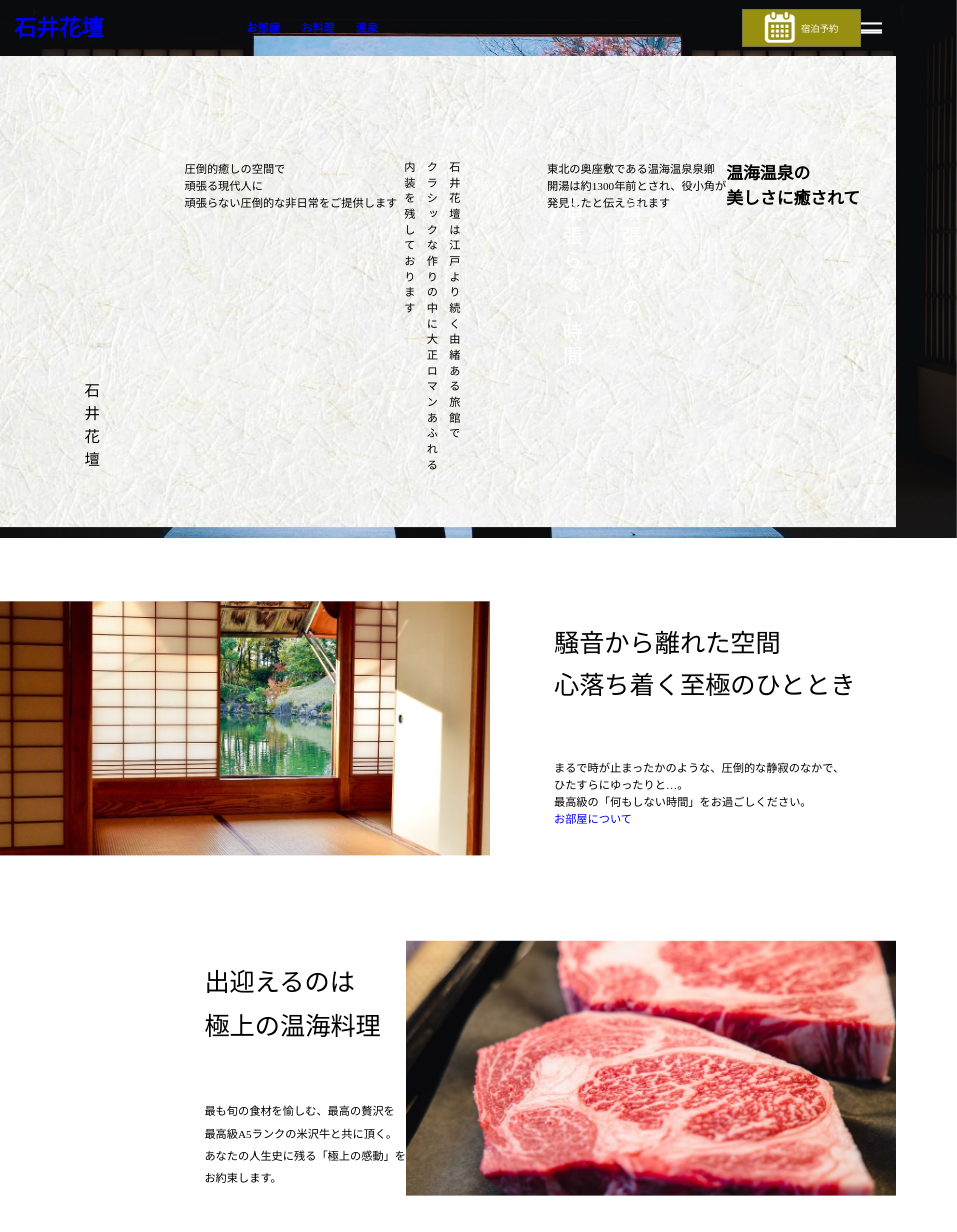
Repository: yuukiyokoyama/compex1
Page: index.html
These files come from the project's save history. The page is drawn as it stood at one moment and after the next save; the edit follows.
The browser window is 1280 px wide. The page is 1367 px wide, then 1280 px, then 1367 px, so the pictures cover 1367 px, including what lies to the right of the window. The pictures show the part of the page from y = 0 to 1760 px (the page is 6041 px tall before and 18259 px after), at 70% of full size.
The style sheet was rebuilt from its Sass, Less or Tailwind sources for each picture, by a compiler version that may differ from the author's.

Above is the page before, as saved 2021-09-19 15:57:20.

After the next save:
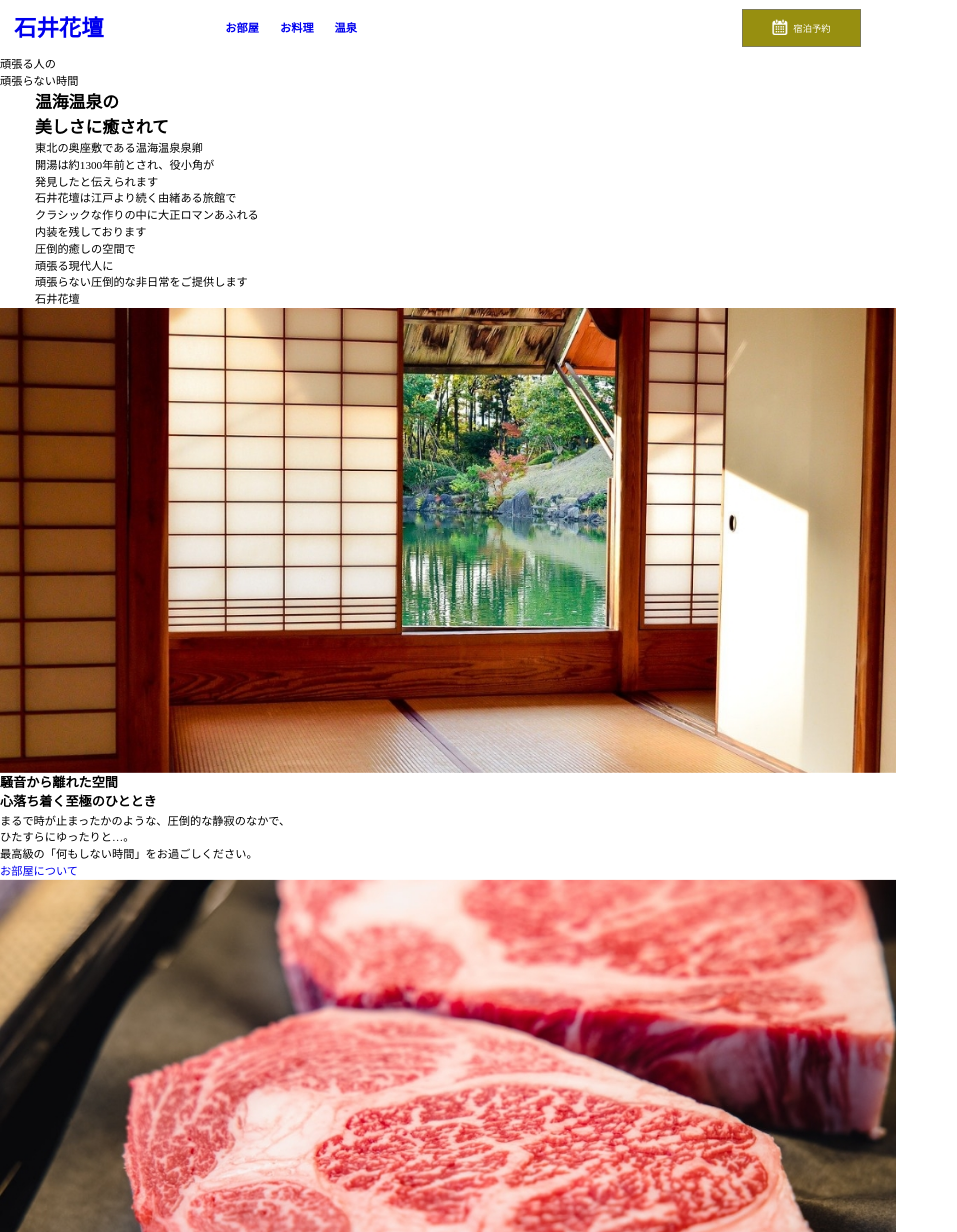
Saved 2 min 13 s later.
--- a/index.html
+++ b/index.html
@@ -5,7 +5,7 @@
     <meta http-equiv="X-UA-Compatible" content="IE=edge" />
     <meta name="viewport" content="width=device-width, initial-scale=1.0" />
     <title>Document</title>
-    <link rel="stylesheet" href="css/style.css" />
+    <link rel="stylesheet" href="css/room.css" />
   </head>
   <body data-aos-easing="ease" data-aos-duration="400" data-aos-delay="0">
     <div id="fv">

After the save that followed:
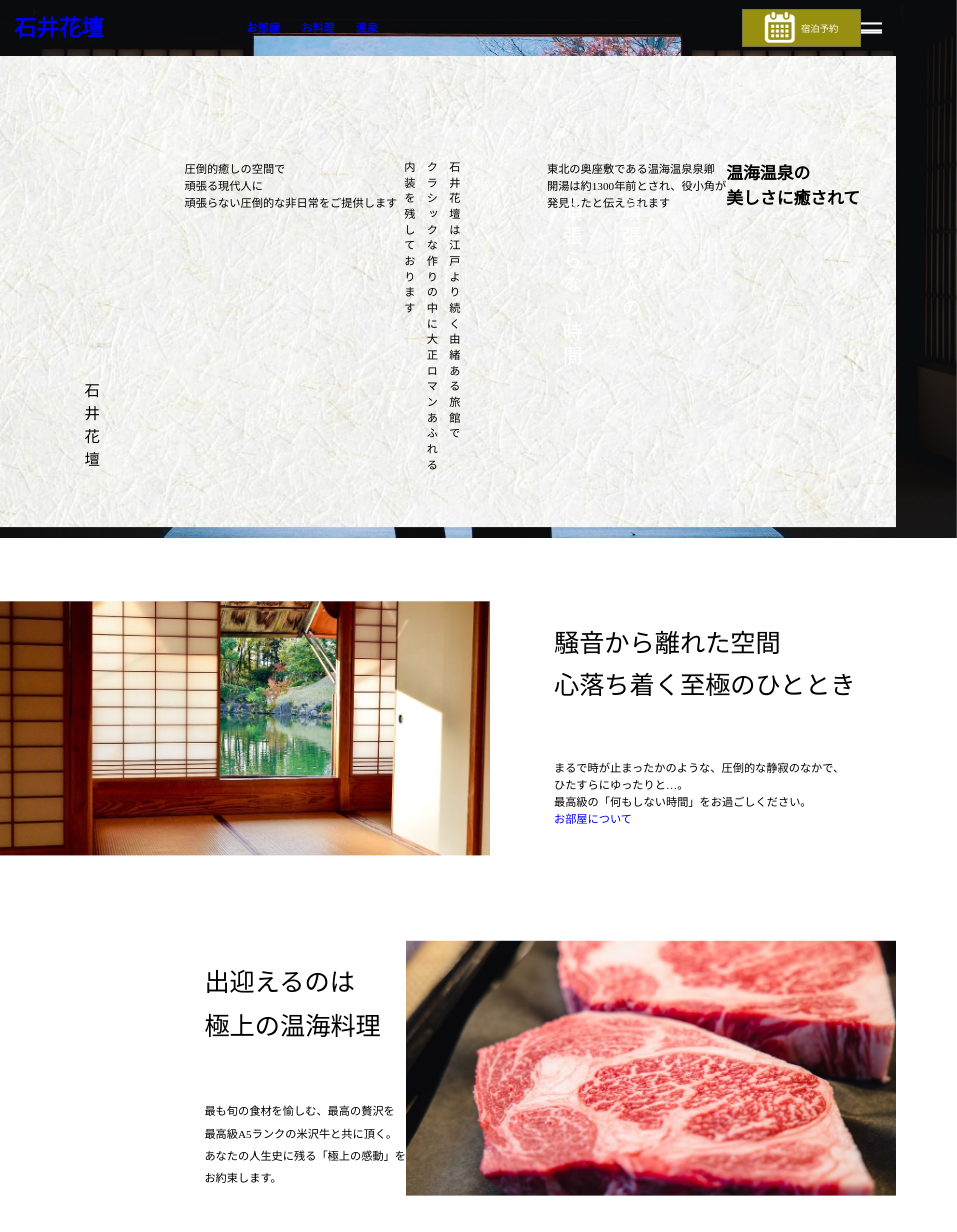
Saved 2 min 11 s later.
--- a/index.html
+++ b/index.html
@@ -5,7 +5,7 @@
     <meta http-equiv="X-UA-Compatible" content="IE=edge" />
     <meta name="viewport" content="width=device-width, initial-scale=1.0" />
     <title>Document</title>
-    <link rel="stylesheet" href="css/room.css" />
+    <link rel="stylesheet" href="css/style.css" />
   </head>
   <body data-aos-easing="ease" data-aos-duration="400" data-aos-delay="0">
     <div id="fv">
